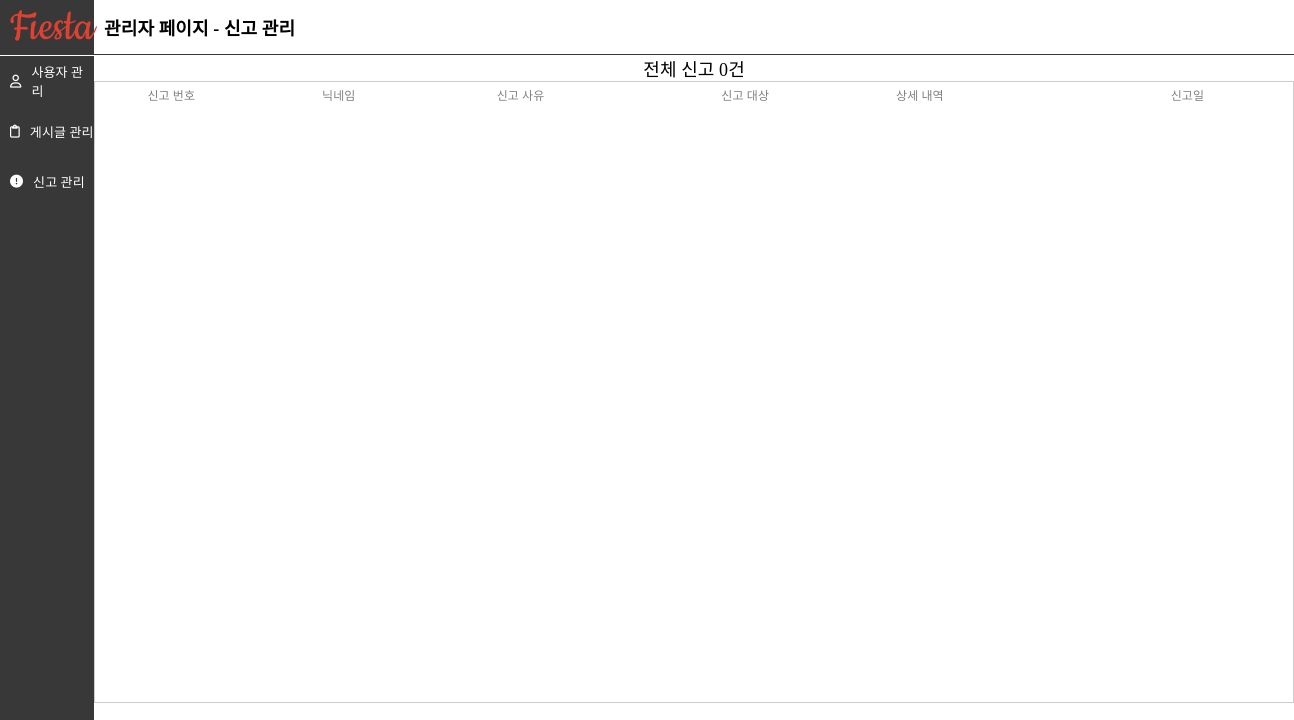
Repository: SNSFiestaTeam/Fiesta
Page: Fiesta/src/main/webapp/html/management/management-report.html
The author's editor kept a copy of each file at every save. The page is drawn from the files as they stood at one save, then again after the next save.
The browser window is 1280 px wide. The page is 1294 px wide, so the pictures cover 1294 px, including what lies to the right of the window. The pictures show the whole page.
Some web fonts or font styles are not loaded; a fallback is used. Some web libraries are served in a nearby version.

Above is the page before, as saved 2022-12-06 12:31:44.

After the next save:
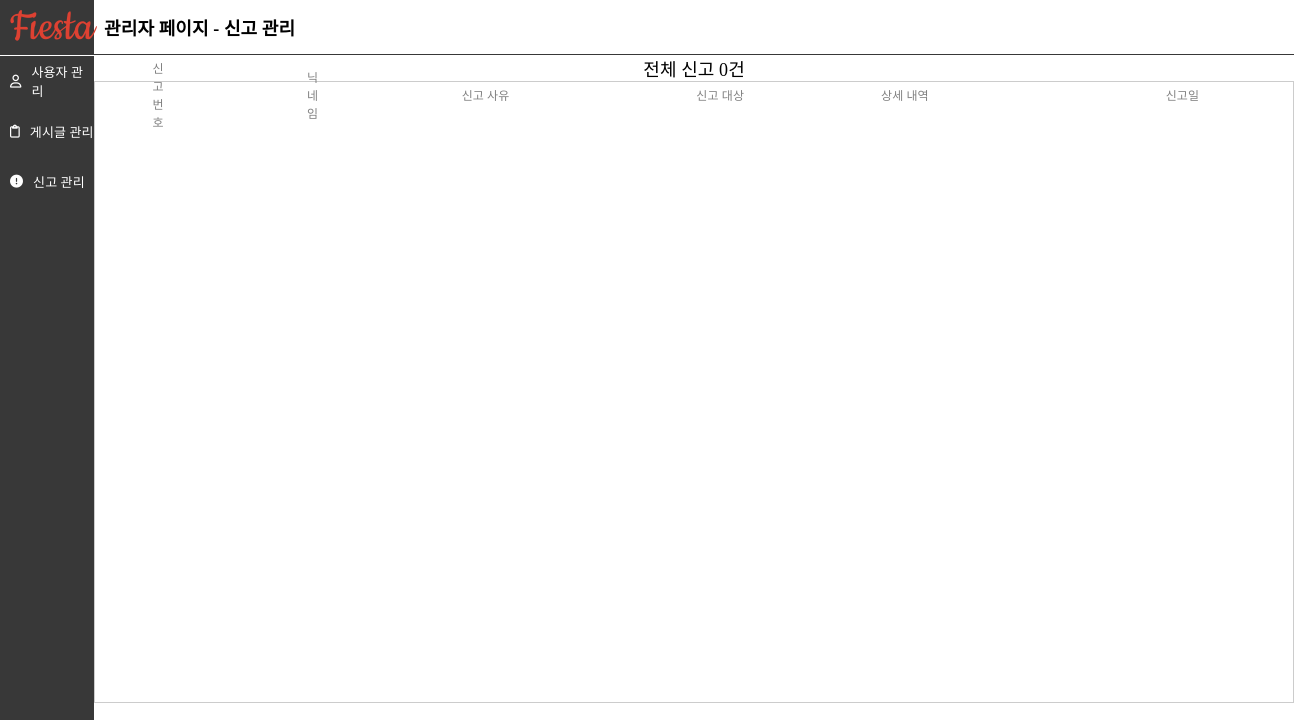
Saved 22 s later.
--- a/Fiesta/src/main/webapp/resources/css/management/management.css
+++ b/Fiesta/src/main/webapp/resources/css/management/management.css
@@ -121,11 +121,11 @@ body {
 }
 
 .cor1 {
-  width: 50px;
+  width: 20px;
 }
 
 .cor2 {
-  width: 50px;
+  width: 20px;
 }
 .cor3 {
   width: 100px;
